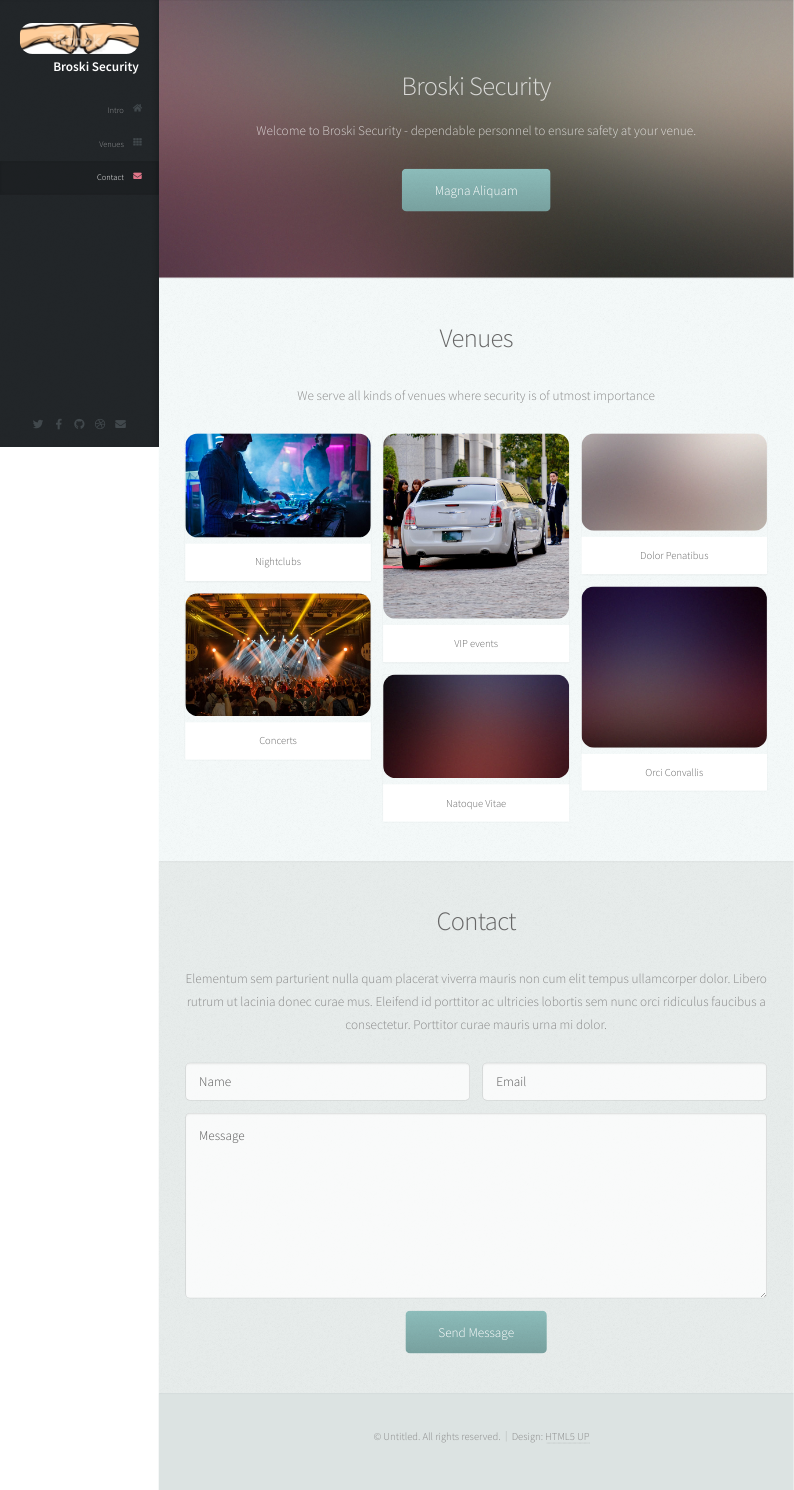
Repository: fiedore/fiedore.github.io
Page: index.html
The author's editor kept a copy of each file at every save. The page is drawn from the files as they stood at one save, then again after the next save.
The browser window is 1280 px wide. The pictures show the whole page, at 62% of full size.

Above is the page before, as saved 2025-06-03 09:06:37.

After the next save:
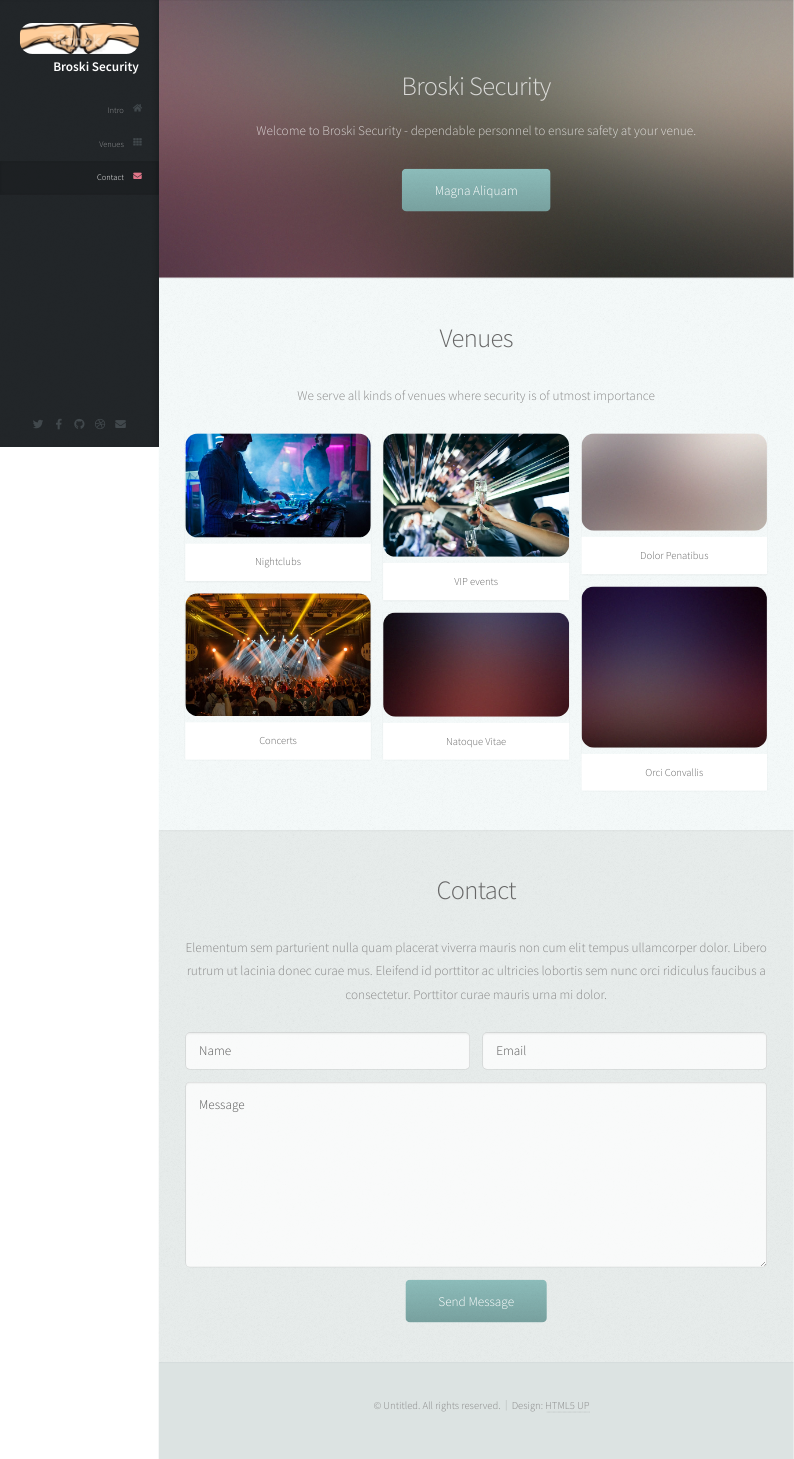
Saved 9 min 27 s later.
--- a/index.html
+++ b/index.html
@@ -97,7 +97,7 @@
 								</div>
 								<div class="col-4 col-12-mobile">
 									<article class="item">
-										<a href="#" class="image fit"><img src="images/limousine.jpg" alt="" /></a>
+										<a href="#" class="image fit"><img src="images/vip.jpg" alt="" /></a>
 										<header>
 											<h3>VIP events</h3>
 										</header>
